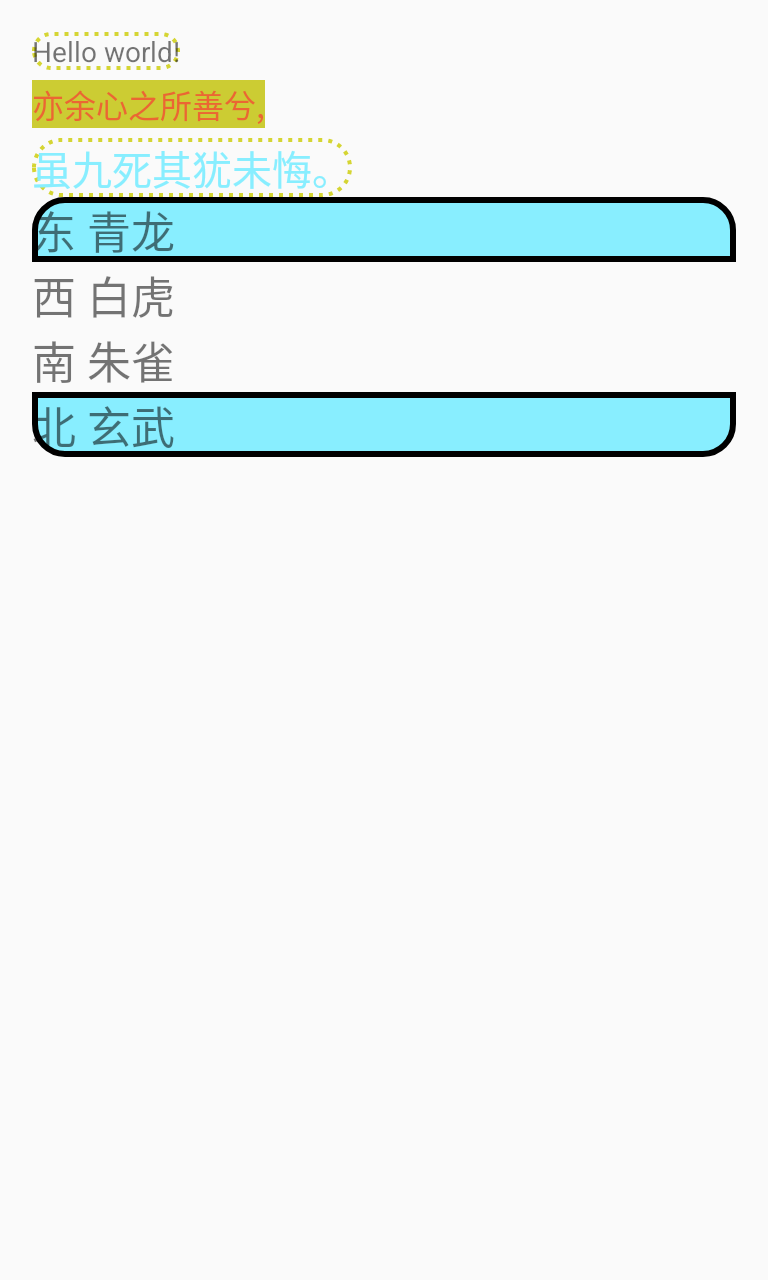
Repository: duhei/cici
Layout: GitHubFrist/res/layout/activity_main.xml
An editor plug-in stored every save of this project. The layout is shown before and after the next save, followed by the edit.
It is drawn on a 768 x 1280 px phone screen (xhdpi) without system bars, with theme AppTheme; the app's code is not run.

Above is the layout before, as saved 2015-07-10 08:52:45.

After the next save:
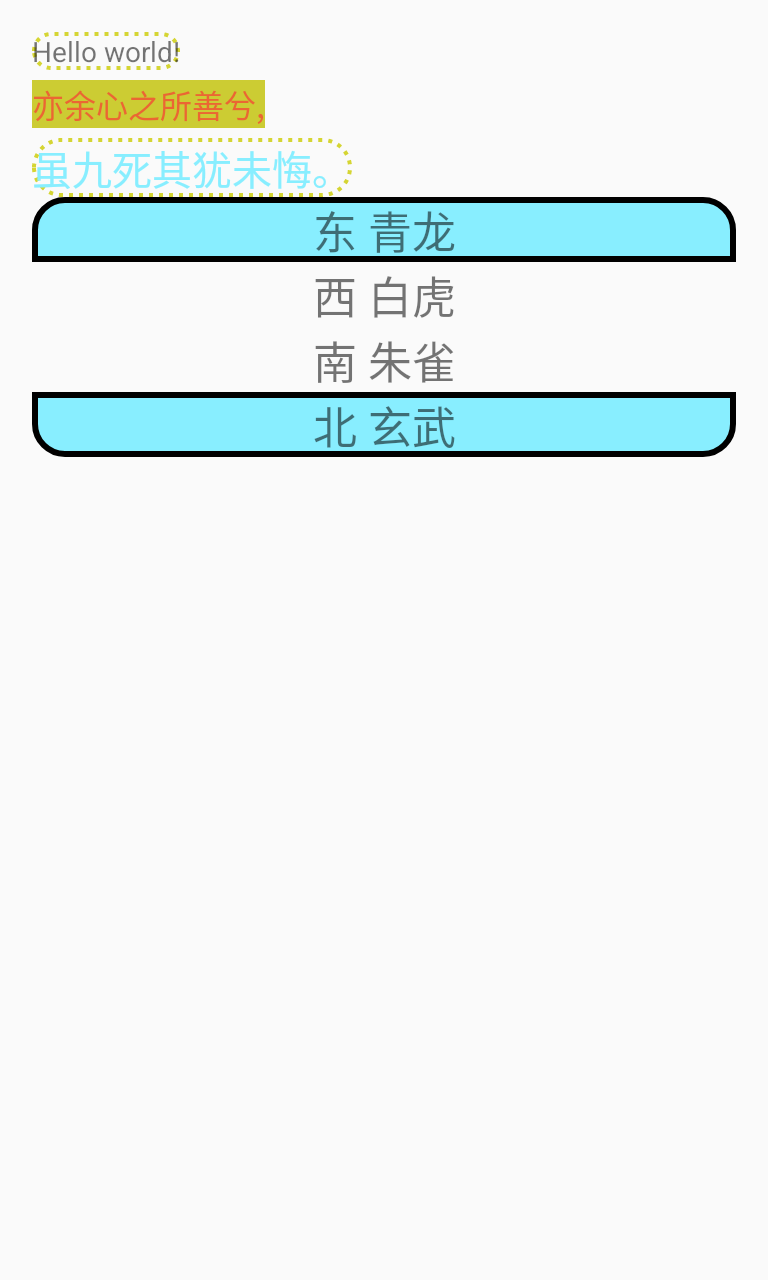
Saved 52 s later.
--- a/GitHubFrist/res/layout/activity_main.xml
+++ b/GitHubFrist/res/layout/activity_main.xml
@@ -38,6 +38,7 @@
         android:background="@drawable/con_shape_top"
         android:text="@string/east"
         android:textSize="22dp"
+        android:gravity="center"
         />
 
     <TextView
@@ -45,6 +46,7 @@
         android:layout_height="wrap_content"
         android:text="@string/west"
         android:textSize="22dp"
+        android:gravity="center"
         />
 
     <TextView
@@ -52,6 +54,7 @@
         android:layout_height="wrap_content"
         android:text="@string/south"
         android:textSize="22dp"
+        android:gravity="center"
         />
 
     <TextView
@@ -60,6 +63,7 @@
         android:background="@drawable/con_shape_bottom"
         android:text="@string/nouth"
         android:textSize="22dp"
+        android:gravity="center"
         />
 
 </LinearLayout>
